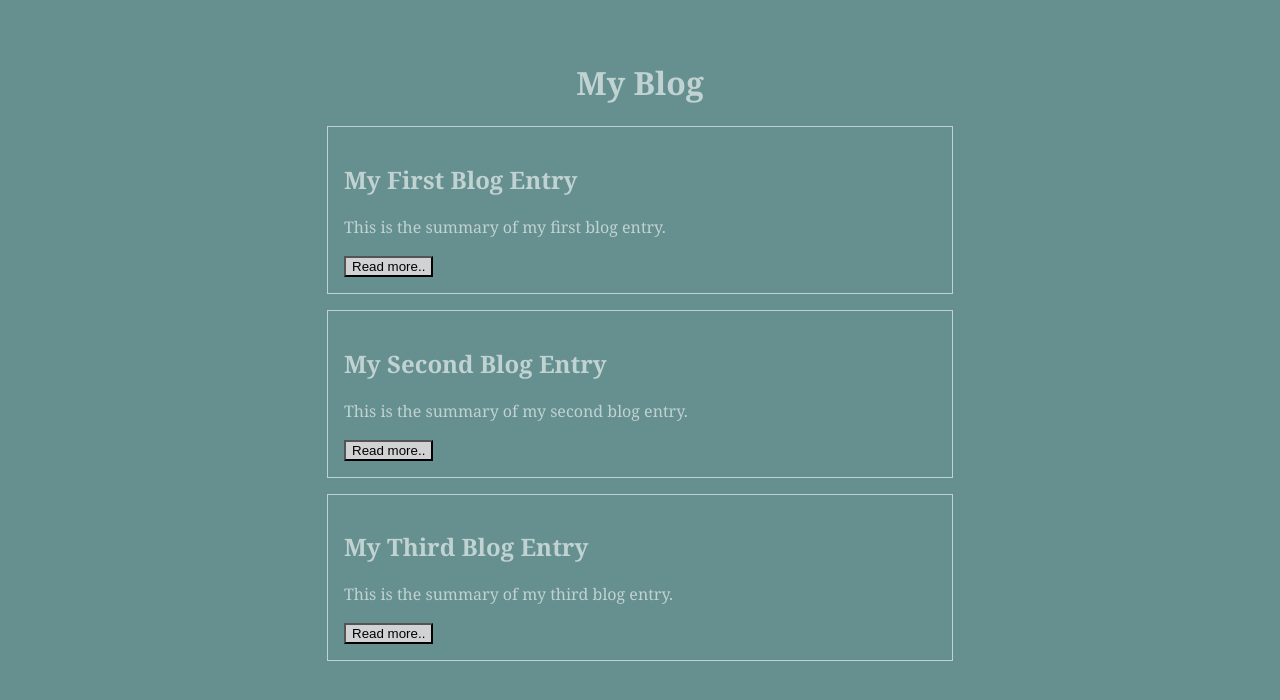
Repository: deniseada/class1
Page: /
These files come from the project's save history. The page is drawn as it stood at one moment and after the next save; the edit follows.
The browser window is 1280 px wide. The pictures show the whole page.
The project was rebuilt for these pictures with package versions that can differ from the ones it lists, and the page was loaded fresh each time. Also part of the build but not shown: vite.config.js.

Above is the page before, as saved 2025-09-10 14:04:59.

After the next save:
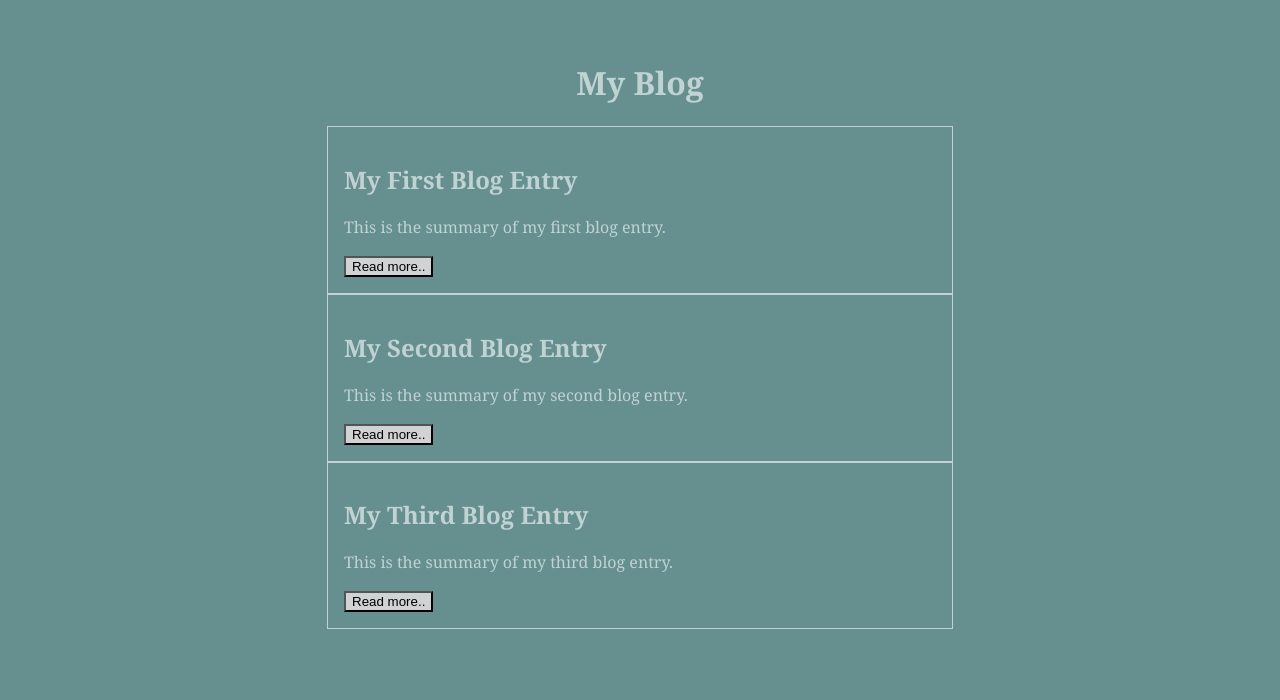
Saved 29 s later.
--- a/src/index.css
+++ b/src/index.css
@@ -14,7 +14,7 @@
 }
 
 .entry {
-  margin: 1em auto;
+  margin: 0em auto;
   width: 50%;
   padding: 1em;
   border: 1px solid;

After the 2 saves that followed:
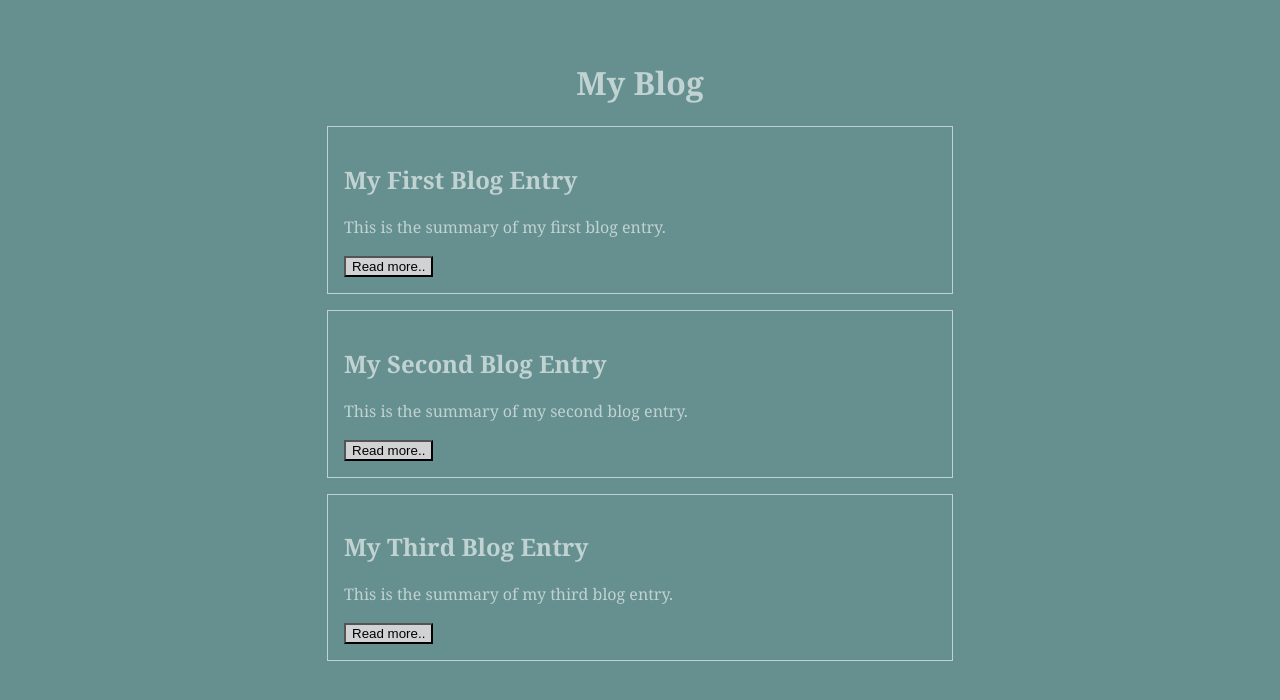
The 2 saves are shown as one change because they came seconds apart.
The last was saved 6 s later.
--- a/src/index.css
+++ b/src/index.css
@@ -14,7 +14,7 @@
 }
 
 .entry {
-  margin: 0em auto;
+  margin: 1em auto;
   width: 50%;
   padding: 1em;
   border: 1px solid;
